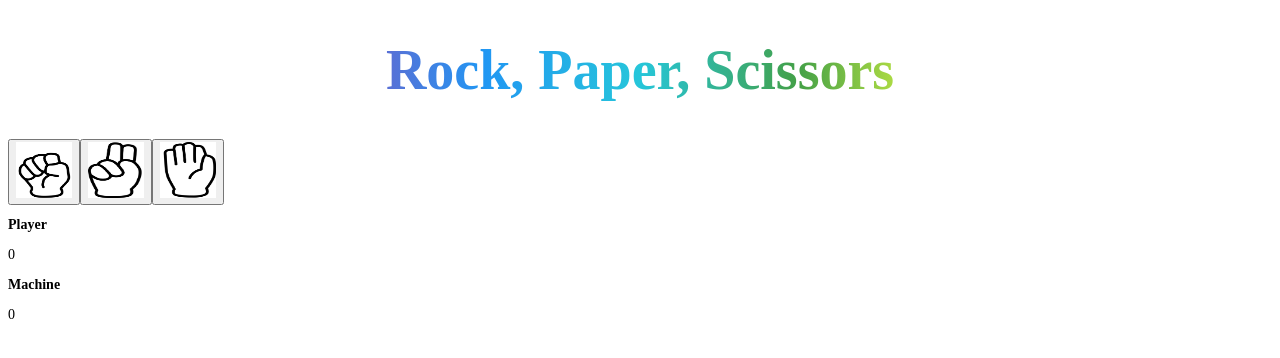
Repository: dung8466/RPS
Page: index.html
An editor plug-in stored every save of this project. The page is shown before and after the next save, followed by the edit.
The browser window is 1280 px wide. The pictures show the whole page.

Above is the page before, as saved 2022-07-01 19:17:58.

After the next save:
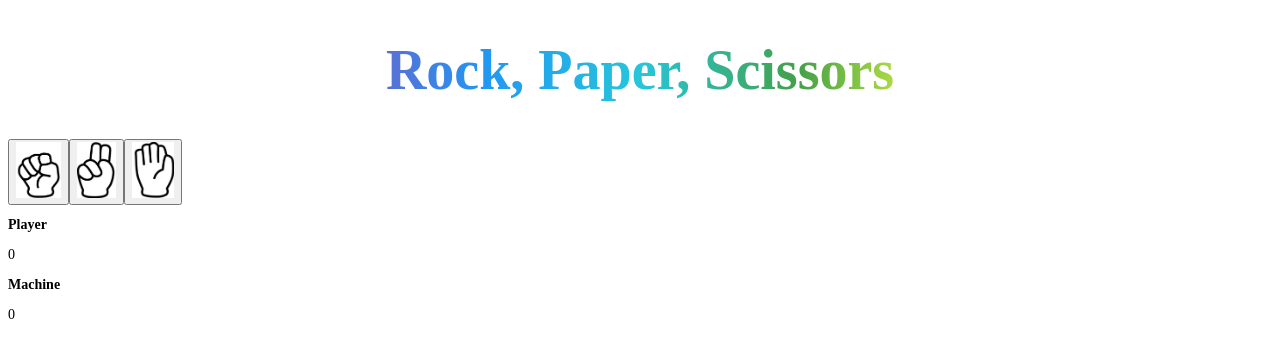
Saved 9 s later.
--- a/style.css
+++ b/style.css
@@ -28,6 +28,6 @@ img{
 }
 .player button img{
     height: 4em;
-    width: 4em;
+    width: auto;
     background-color: aliceblue;
 }
